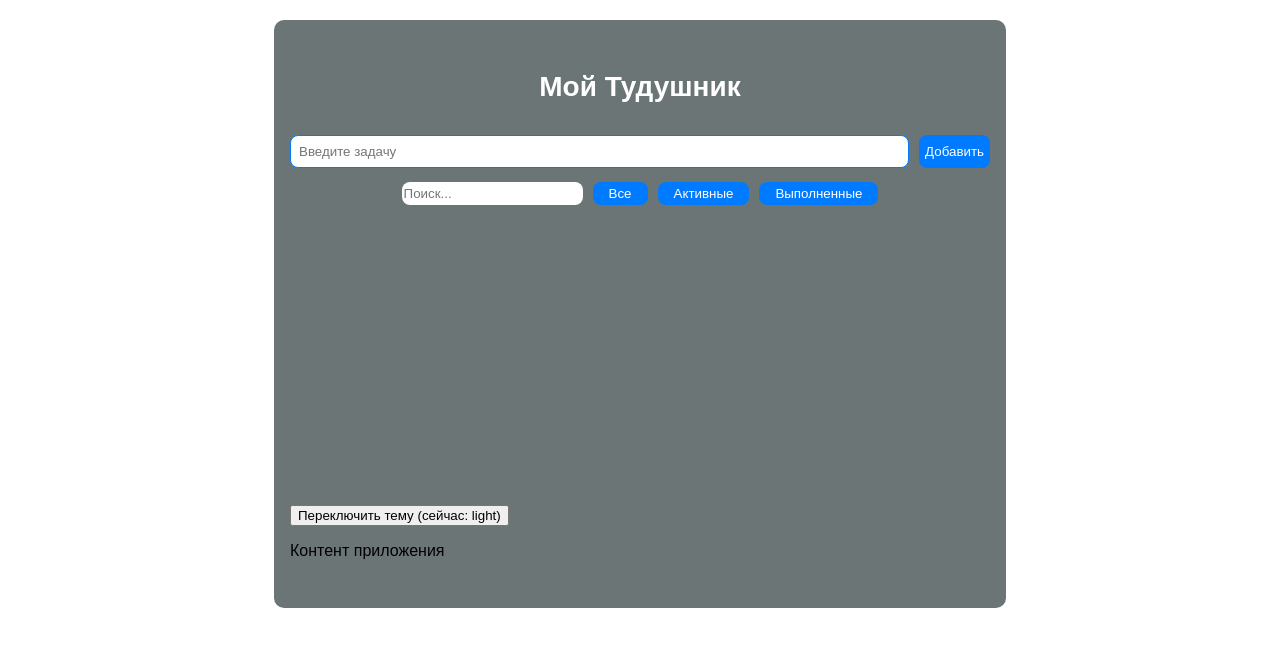
Repository: AlekCawka/-todo-project
Page: /
These files come from the project's save history. The page is drawn as it stood at one moment and after the next save; the edit follows.
The browser window is 1280 px wide. The pictures show the whole page.
The project was rebuilt for these pictures with package versions that can differ from the ones it lists, and the page was loaded fresh each time. Also part of the build but not shown: vite.config.js.

Above is the page before, as saved 2025-08-12 17:18:53.

After the next save:
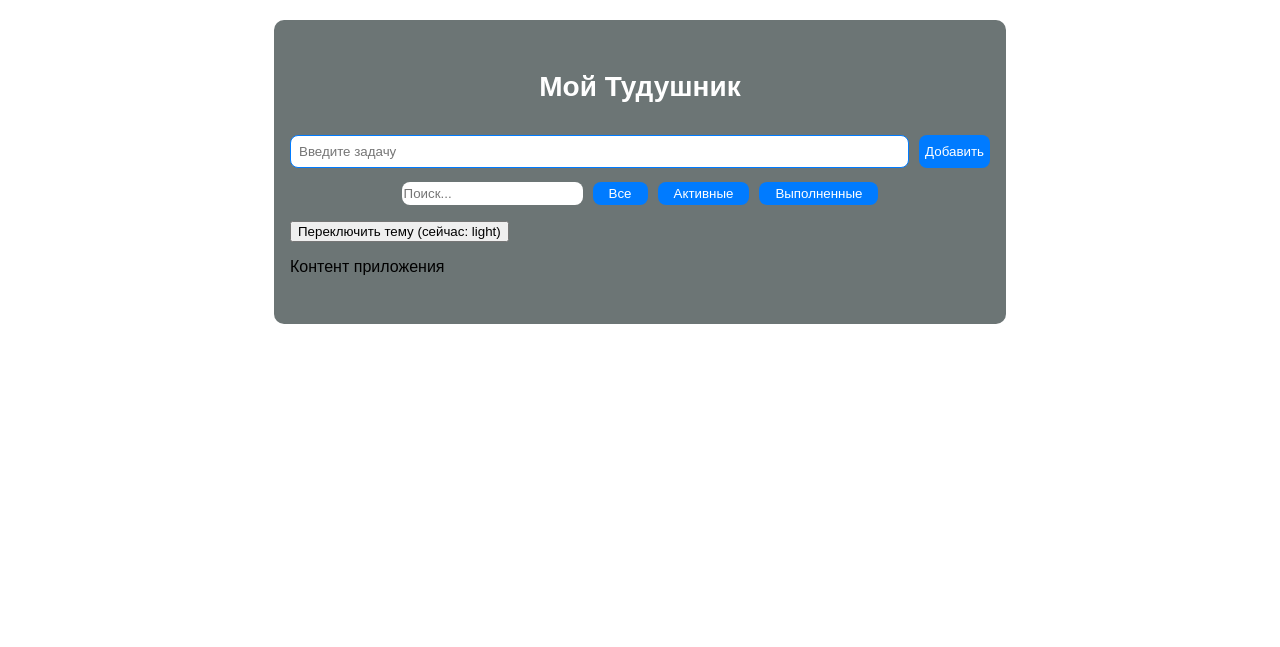
Saved 5 s later.
--- a/src/index.css
+++ b/src/index.css
@@ -15,5 +15,5 @@ body {
 }
 
 .toggleTheme {
-    margin-top: 300px;
+
 }
